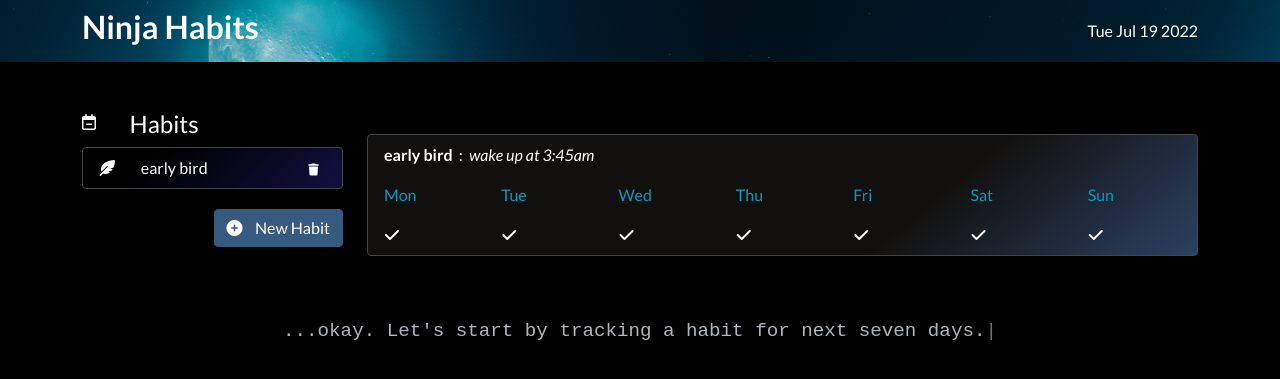
Repository: Moin06-dev/TheHabitLoger
Page: /
The author's editor kept a copy of each file at every save. The page is drawn from the files as they stood at one save, then again after a run of saves.
The browser window is 1280 px wide. The pictures show the whole page.
Some web libraries are served in a nearby version. The project was rebuilt for these pictures with package versions that can differ from the ones it lists, and the page was loaded fresh each time.

Above is the page before, as saved 2022-07-19 12:26:12.

### public/index.html
<!DOCTYPE html>
<html lang="en">
  <head>
    <meta charset="utf-8" />

    <meta name="viewport" content="width=device-width, initial-scale=1" />
    <meta name="theme-color" content="#000000" />
    <meta
      name="description"
      content="Track daily habits and grow in life healthier and wiser"
    />


    <link
      rel="stylesheet"
      href="https://cdnjs.cloudflare.com/ajax/libs/font-awesome/6.1.1/css/all.min.css"
      integrity="sha512-KfkfwYDsLkIlwQp6LFnl8zNdLGxu9YAA1QvwINks4PhcElQSvqcyVLLD9aMhXd13uQjoXtEKNosOWaZqXgel0g=="
      crossorigin="anonymous"
      referrerpolicy="no-referrer"
    />

    <title>Loop Habit Tracker</title>
  </head>
  <body>
    <noscript>You need to enable JavaScript to run this app.</noscript>
    <div id="root"></div>
    <!--
      This HTML file is a template.
      If you open it directly in the browser, you will see an empty page.

      You can add webfonts, meta tags, or analytics to this file.
      The build step will place the bundled scripts into the <body> tag.

      To begin the development, run `npm start` or `yarn start`.
      To create a production bundle, use `npm run build` or `yarn build`.
    -->
  </body>
</html>

### src/index.js
import React from 'react'
import ReactDOM from 'react-dom/client'
import './index.css'
import './bootstrap.min.css'
import App from './App'
import store from './store'
import { Provider } from 'react-redux'

const root = ReactDOM.createRoot(document.getElementById('root'))
root.render(
  <React.StrictMode>
    <Provider store={store}>
    <App />
    </Provider>
  </React.StrictMode>
)

### src/index.css
.background {
    background-image: url('../public/moon.jpg');
    background-size: 90%;
    background-position: -350% 30%;
    /* background-position: right; */

}
body {
    background: rgb(0,0,0);
background: radial-gradient(circle, rgba(0,0,0,1) 100%, rgba(0,212,255,1) 100%, rgba(1,0,5,1) 100%);
}

.gradient{
    background-color: #130f40;
background-image: linear-gradient(315deg, #130f40 0%, #000000 74%);
}
.gradient1{
    background-color: #2b4162;
background-image: linear-gradient(320deg, #2b4162 0%, #12100e 34%);
}

.done{
    color: rgb(25, 204, 55);
}
.fail{
    color:rgb(235, 14, 14);
}
.day-headings{
    color: #049cbe;
}
.text-light {
    font-family: monospace, 'Montserrat', sans-serif;
    font-size: larger;

  }

### src/App.js
import Header from './components/Header'
import Overview from './components/Overview'
import HabitDisplay from './components/HabitDisplay'

import { Row, Col, Container } from 'react-bootstrap'
import { useEffect } from 'react'

import Typed from 'typed.js'

function App() {
  // code for typed.js library
  useEffect(() => {
    const typed = new Typed('.tag', {
      strings: [
        "...okay. Let's start by tracking a habit for next seven days.",
        "It's never too late to develop good habits.",
        'Good habits formed at youth makes all the difference - Aristotle',
        'Motivation is what gets you started. Habit is what keeps you going.',
        'Habits change into character.',
      ], // Strings to display
      // Speed settings, try diffrent values untill you get good results
      startDelay: 2000,
      typeSpeed: 40,
      backSpeed: 20,
      backDelay: 5000,
      loop: true,
    })

    // Destroying
    return () => {
      typed.destroy()
    }
  }, [])

  return (
    <>
      <Header />
      <Container>
        <Row className='mt-5'>
          <Col md={3}>
            {/* Overview component */}
            <Overview />
          </Col>
          <Col md={9}>
            {/*  HabitDetails Component*/}
            <HabitDisplay />
          </Col>
        </Row>
        <h4 className='text-light d-flex  mt-5  justify-content-center'>
          <span className='tag'></span>
        </h4>
      </Container>
    </>
  )
}

export default App

### src/store.js
import { configureStore } from '@reduxjs/toolkit'
import habitsReducer from './features/habitsSlice'
const store = configureStore({
  reducer: {
    allHabits: habitsReducer,
  },
})

export default store

### src/components/Header.jsx
import { Nav, Container } from 'react-bootstrap'

const Header = () => {
  const date = new Date()
  return (
    <Nav className='bg-primary p-2 background'>
      <Container className='d-flex justify-content-between align-items-center'>
        <h3 className='fw-bold'>Ninja Habits</h3>
        <span>{date.toDateString()}</span>
      </Container>
    </Nav>
  )
}

export default Header

### src/components/Overview.jsx
import React from 'react'
import CreateHabit from './CreateHabit'
import { Row, Col, ListGroup, Button } from 'react-bootstrap'
import { deleteHabit } from '../features/habitsSlice'
import { useDispatch, useSelector } from 'react-redux'
import './overview.css'

const Overview = () => {
  const [modalShow, setModalShow] = React.useState(false)

  const dispatch = useDispatch()
  const { habits } = useSelector((state) => state.allHabits)


  // deleteHabit Handler
  const deleteHandler = (name) => {
    dispatch(deleteHabit(name))
  }

  return (
    <>
      <Row>
        <Col md={2} className='onMobile'>
          <i className='fa-regular fa-calendar-minus'></i>
        </Col>
        <Col md={4} className='onMobile'>
          <h4>Habits</h4>
        </Col>
      </Row>
      <ListGroup>
        {habits.map((habit, index) => (
          <ListGroup.Item key={index} className='gradient mb-1 rounded habit-container'>
            <Row>
              <Col md={2} className='icons'>
                {' '}
                <i className='fa-solid fa-feather-pointed me-3'></i>
              </Col>
              <Col md={8} className='habit-title'>{habit.title}</Col>
              <Col md={1} className='icons'>
                <i
                  className='fa-solid fa-trash'
                  style={{ fontSize: '12px' }}
                  onClick={() => deleteHandler(habit.title)}></i>
              </Col>
            </Row>
          </ListGroup.Item>
        ))}
      </ListGroup>

      <Row>

        <Col className='d-flex justify-content-end'>
          <Button
            type='button'
            className='bg-primary mt-3 mobile'
            onClick={() => setModalShow(true)}>

            <i className='fa-solid fa-circle-plus'></i> &nbsp;&nbsp; New Habit
          </Button>
          <CreateHabit show={modalShow} onHide={() => setModalShow(false)} />
        </Col>
      </Row>
    </>
  )
}

export default Overview

### src/components/HabitDisplay.jsx
import { ListGroup} from 'react-bootstrap'
import { useSelector } from 'react-redux'
import HabitDetails from './HabitDetails'

const HabitDisplay = () => {
  const { habits } = useSelector((state) => state.allHabits)

  return (
    <div className='mt-4 '>

      {habits.map((habit, index) => (

          <ListGroup.Item key={index} className='mb-3 rounded gradient1'>
            <p>
              <strong>{habit.title}</strong>&nbsp; :&nbsp; <i>{habit.description}</i>
            </p>

            <HabitDetails key={habit.title}  habit={habit} />

          </ListGroup.Item>

      ))}
    </div>
  )
}

export default HabitDisplay

### src/features/habitsSlice.js
import { createSlice } from '@reduxjs/toolkit'

export const details = [
  { day: 'Mon', status: 'none' },
  { day: 'Tue', status: 'none' },
  { day: 'Wed', status: 'none' },
  { day: 'Thu', status: 'none' },
  { day: 'Fri', status: 'none' },
  { day: 'Sat', status: 'none' },
  { day: 'Sun', status: 'none' },
]

// load habits from local storage if there are any
const habitsFromStorage = localStorage.getItem('newHabits')
  ? JSON.parse(localStorage.getItem('newHabits'))
  : [{ title: 'early bird', description: 'wake up at 3:45am', details }]

let habits = [...habitsFromStorage]

const initialState = {
  habits: habits,
}


// habitsSlice contains store, actions and reducers
const habitsSlice = createSlice({
  name: 'habits',
  initialState,
  reducers: {
    addHabit: (state, { payload }) => {
      state.habits = [...state.habits, payload]
      habits = [...habits, payload]
      window.localStorage.setItem('newHabits', JSON.stringify(habits))
    },
    deleteHabit: (state, action) => {
      state.habits = state.habits.filter((habit) => habit.title !== action.payload)
      window.localStorage.setItem('newHabits', JSON.stringify(state.habits))
    },
    changeStatus: (state, { payload }) => {
      state.habits.forEach((habit) => {
        if (habit.title === payload.title) {
          habit.details.forEach((detail) => {
            if (detail.day === payload.details[0].day) {
              detail.status = payload.details[0].status
            }
          })
        }
      })
      window.localStorage.setItem('newHabits', JSON.stringify(state.habits))
    },
  },
})

console.log(habitsSlice)

export const { addHabit, deleteHabit, changeStatus } = habitsSlice.actions

export default habitsSlice.reducer

### src/components/CreateHabit.jsx
import { useState } from 'react'
import { Modal, Button, Form } from 'react-bootstrap'
import { useDispatch } from 'react-redux'
import { addHabit } from '../features/habitsSlice'
import { details } from '../features/habitsSlice'

const CreateHabit = (props) => {
  const dispatch = useDispatch()
  const [title, setTitle] = useState('')
  const [description, setDescription] = useState('')

  // handle new habits
  const AddHabitHandler = () => {
    dispatch(addHabit({ title, description, details }))
    props.onHide()
  }

  return (
    // Modal Component
    <Modal {...props} size='sm' aria-labelledby='contained-modal-title-vcenter' centered>
      <Modal.Dialog className='modal-sm'>
        <Modal.Body>
          <Form onSubmit={() => AddHabitHandler}>
            <Form.Group controlId='title'>
              <Form.Label>Habit Title</Form.Label>
              <Form.Control
                type='text'
                placeholder='enter title'
                value={title}
                autoFocus={true}
                required={true}
                onChange={(e) => setTitle(e.target.value)}></Form.Control>
            </Form.Group>

            <Form.Group controlId='description'>
              <Form.Label>Describe it </Form.Label>
              <Form.Control
                type='text'
                placeholder='short description'
                value={description}
                onChange={(e) => setDescription(e.target.value)}></Form.Control>
            </Form.Group>

            <Modal.Footer>
              <Button onClick={() => AddHabitHandler()}>Add Habit</Button>
            </Modal.Footer>
          </Form>
        </Modal.Body>
      </Modal.Dialog>
    </Modal>
  )
}

export default CreateHabit

### src/components/overview.css

/* CSS for heading on Mobile Screens */

@media screen and (max-width: 600px) {
  .onMobile {
    display: inline-block;
    width: 30px;
  }

  .icons {
    display: inline-block;
    width: 30px;
  }
  .habit-title {
    display: inline-block;
    width: 100px;
  }
  .habit-container {
    width: 50vw;
  }
  .mobile {
    margin-right: auto;
    font-size: 14px;
  }
}

### src/components/HabitDetails.jsx

import { Fragment } from 'react'
import { Row, Col } from 'react-bootstrap'
import { useDispatch } from 'react-redux'
import { changeStatus } from '../features/habitsSlice'

const HabitDetails = ({ habit, habit: { details } }) => {
  const dispatch = useDispatch()

  // handlers to change status on click
  const checkStatusHandler = (info) => {
    dispatch(
      changeStatus({
        title: info[0],
        details: [
          {
            day: info[1],
            status: 'done',
          },
        ],
      })
    )
  }

  const doneStatusHandler = (info) => {
    dispatch(
      changeStatus({
        title: info[0],
        details: [
          {
            day: info[1],
            status: 'fail',
          },
        ],
      })
    )
  }

  const failStatusHandler = (info) => {
    dispatch(
      changeStatus({
        title: info[0],
        details: [
          {
            day: info[1],
            status: 'none',
          },
        ],
      })
    )
  }
  return (
    <Row>
      {details.map((detail) => (
        <Fragment key={detail.day}>
          <Col >
            <p className='day-headings'>{detail.day}</p>

            {detail.status === 'none' && (
              <i
                className='fa-solid fa-check'
                onClick={() => checkStatusHandler([habit.title, detail.day])}></i>
            )}

            {detail.status === 'done' && (
              <i
                className=' fa-lg fa-solid fa-circle-check done'
                onClick={() => doneStatusHandler([habit.title, detail.day])}></i>
            )}

            {detail.status === 'fail' && (
              <i
                className=' fa-lg fa-solid fa-circle-xmark fail'
                onClick={() => failStatusHandler([habit.title, detail.day])}></i>
            )}
          </Col>
        </Fragment>
      ))}
    </Row>
  )
}

export default HabitDetails

Loaded but not shown: src/bootstrap.min.css (library)

After the next 10 saves:
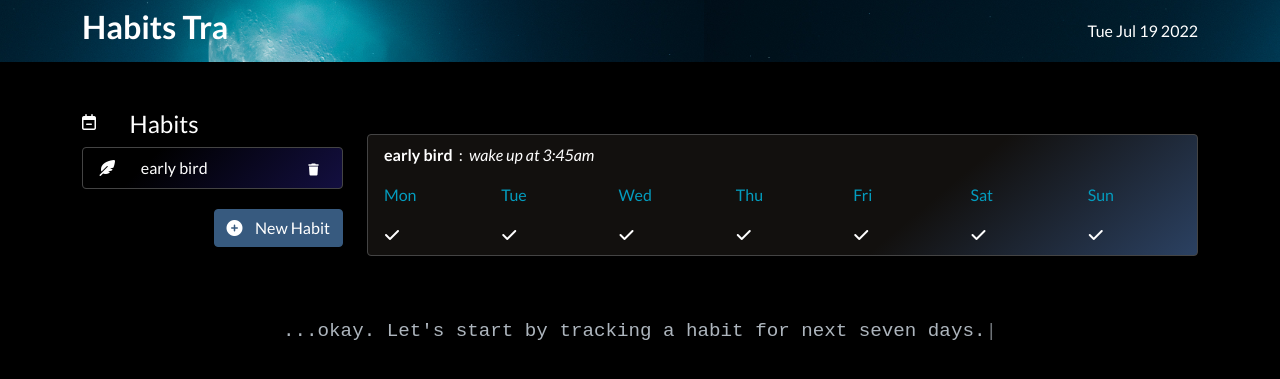
The 10 saves are shown as one change because they came seconds apart.
The last was saved 1124 days later.
--- a/src/components/Header.jsx
+++ b/src/components/Header.jsx
@@ -5,7 +5,7 @@ const Header = () => {
   return (
     <Nav className='bg-primary p-2 background'>
       <Container className='d-flex justify-content-between align-items-center'>
-        <h3 className='fw-bold'>Ninja Habits</h3>
+        <h3 className='fw-bold'>Habits Tra</h3>
         <span>{date.toDateString()}</span>
       </Container>
     </Nav>
